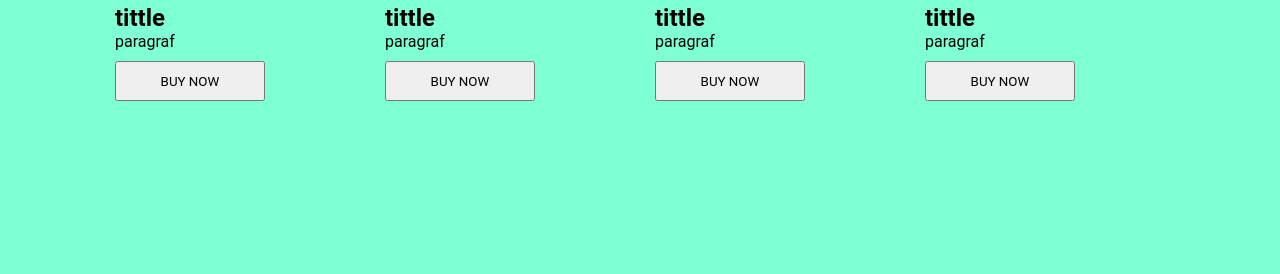
Repository: Fariaddd/HTML-CSS-reset
Page: index.html
These files come from the project's save history. The page is drawn as it stood at one moment and after the next save; the edit follows.
The browser window is 1280 px wide. The pictures show the part of the page from y = 446 to 896 px (the page is 720 px tall before and 896 px after).
Some web fonts or font styles are not loaded; a fallback is used.

Above is the page before, as saved 2022-04-01 17:46:49.

### index.html
<!DOCTYPE html>
<html lang="en">
  <head>
    <meta charset="UTF-8" />
    <meta http-equiv="X-UA-Compatible" content="IE=edge" />
    <meta name="viewport" content="width=device-width, initial-scale=1.0" />
    <title>Document</title>
    <link rel="stylesheet" href="style/index.css" />
  </head>
  <body>
    <header class="header">
      <div class="logo">
        <a href="./index.html">
          <img src="./img/Gamehub.png" alt="Gamehub-logo"
        /></a>
      </div>
      <div class="navigation">
          <input type="chechbox"
          class="toggle-menu">
          <div class="hamburger"></div>

        <ul class="menu">
          <li><a href="./all-games.html">All-Games</a></li>
          <li><a href="./about.html">About us</a></li>
          <li><a href="./concats.html">Contact us</a></li>
        </ul>
        <ul class="menu ">
            <li>
              <a href="./login.html" >LOG IN</a>
            </li>
            <li>
              <a href="./sign.html" >SIGN UP</a>
            </li>
      </div>
    </header>

    <main>

        <h1>chose</h1>
        <section class="container">

            <div class="div-container">
                <img class="img" src="./img/kaffe 1.jpg" alt="">
                <div class="text">
                    <h2>tittle</h2>
                    <p>paragraf</p>
                    <button>BUY NOW</button>
                </div>
            </div>
            <div class="div-container">
                <img class="img" src="./img/kaffe 2.jpg" alt="">
                <div class="text">
                    <h2>tittle</h2>
                    <p>paragraf</p>
                    <button>BUY NOW</button>
                </div>
            </div>
            <div class="div-container">
                <img class="img" src="./img/kaffe 3.jpg" alt="">
                <div class="text">
                    <h2>tittle</h2>
                    <p>paragraf</p>
                    <button>BUY NOW</button>
                </div>
            </div>
            <div class="div-container">
                <img class="img" src="./img/kaffe 4.jpg" alt="">
                <div class="text">
                    <h2>tittle</h2>
                    <p>paragraf</p>
                    <button>BUY NOW</button>
                </div>
            </div>




        </section>
    </main>
  </body>
</html>

### style/index.css
@import url("https://fonts.googleepis.com/css?family=roboto:300,400,500,600,700,800,900&display=swap");

* {
  font-family: "Roboto";
  margin: 0;
  padding: 0;
  box-sizing: border-box;
}

body {
  background-color: aquamarine;
}
.header {
  position: relative;
  width: 100%;
  display: flex;
  justify-content: space-between;
  align-items: center;
  background: #4527a0;
  padding: 0 25px;
  transition: 0.3s;
}

.logo a {
  display: block;
}

.logo a img {
  display: block;
  width: 60px;
  border-radius: 10px;
}

.navigation {
  display: flex;
  justify-content: space-between;
  align-items: center;
}
.menu {
  display: flex;
  justify-content: center;
  flex-direction: row;
  align-items: center;
  z-index: 1;
  transition: 0.5s;
}

.menu li {
  list-style-type: none;
}

.menu li a {
  color: #fff;
  text-decoration: none;
  display: block;
  padding: 30px 15px;
  font-size: 23px;
  line-height: 1;
  transition: 0.3s;
  padding: 35px 25px 45px 25px;
}

.menu li a:hover {
  box-shadow: 0 -5px 0 #fff inset, 500px 0 0 rgba(255, 255, 255, 0.03) inset;
}

.links {
  background-color: black;
  font-weight: bold;
  text-decoration: none;
  list-style-type: none;
}

.hamburger {
  position: relative;
  width: 30px;
  height: 4px;
  background: #fff;
  border-radius: 10px;
  cursor: pointer;
  z-index: 2;
  transition: 0.3s;
}

.hamburger:before,
.hamburger:after {
  content: "";
  position: absolute;
  height: 4px;
  right: 0;
  background: #fff;
  border-radius: 10px;
  transition: 0.3s;
}

.hamburger:before {
  top: -10px;
  width: 20px;
}
.hamburger:after {
  top: 10px;
  width: 20px;
}

.toggle-menu {
  position: absolute;
  width: 30px;
  height: 100%;
  z-index: 3;
  cursor: pointer;
  opacity: 0;
}

.hamburger,
.toggle-menu {
  display: none;
}

.navigation input:checked ~ .hamburger {
  background: transparent;
}

.navigation input:checked ~ .hamburger:before {
  top: 0;
  transform: rotate(-45deg);
  width: 30px;
}
.navigation input:checked ~ .hamburger:after {
  top: 0;
  transform: rotate(45deg);
  width: 30px;
}

.navigation input:checked ~ .menu {
  right: 0;
  box-shadow: -20px 0 40px rgba(0, 0, 0, 0.3);
}

/* main section */

.container {
  display: flex;
  justify-content: center;

  margin: 50px 100px;
}

.div-container {
  margin: 5px;
  width: 100%;
}

.img {
  width: 100%;
  height: 250px;
  object-fit: cover;
}

.text {
  margin-left: 10px;
}

button {
  margin-top: 10px;
  width: 150px;
  height: 40px;
}

h1 {
  text-align: center;
}
h2 {
  margin: 0;
}
p {
  margin: 0;
}
@media screen and (max-width: 768px) {
  .container {
    flex-direction: column;
    margin: 0px;
    text-align: center;
  }
}

@media screen and (max-width: 768px) {
  .hamburger,
  .toggle-menu {
    display: block;
  }

  .header {
    padding: 10px 20px;
  }
  .menu {
    justify-content: start;
    flex-direction: column;
    align-items: center;
    position: fixed;
    top: 0;
    right: -300px;
    background: #4527a0;
    width: 300px;
    height: 100%;
    padding-top: 65px;
  }
  .menu li {
    width: 100%;
  }
  .menu li a,
  .menu li a:hover {
    padding: 30px;
    font-size: 24px;
    box-shadow: 0 1px 0 rgba(255, 255, 255, 0.1);
  }
}

After the next save:
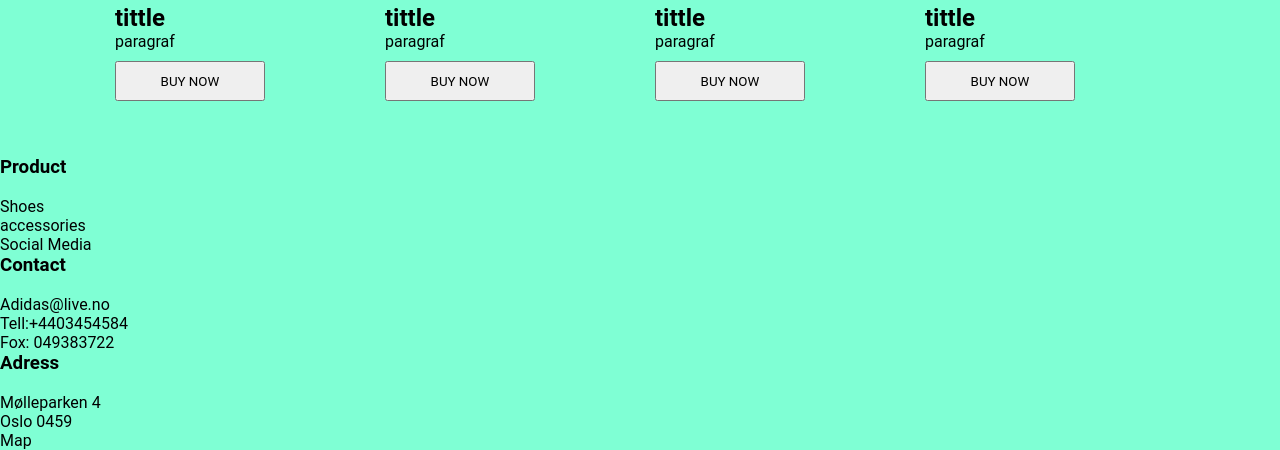
Saved 69 s later.
--- a/index.html
+++ b/index.html
@@ -76,6 +76,37 @@
 
 
         </section>
+
+        <footer>
+            <div class="footer-container">
+              <nav class="footer-navv">
+                <ul>
+                  <h3>Product</h3>
+                  <br/>
+                  <li>Shoes</li>
+                  <li>accessories</li>
+                  <li>Social Media</li>
+                </ul>
+              </nav>
+              <nav class="footer-navv">
+                <ul>
+                  <h3>Contact</h3>
+                  <br>
+                  <li>Adidas@live.no</li>
+                  <li>Tell:+4403454584</li>
+                  <li>Fox: 049383722</li>
+                </ul>
+              </nav>
+              <nav class="footer-navv">
+                <ul>
+                  <h3>Adress</h3>
+                  <br>
+                  <li>Mølleparken 4</li>
+                  <li>Oslo 0459 </li>
+                  <li>Map</li>
+                </ul>
+              </nav>
+            </div>
     </main>
   </body>
 </html>
